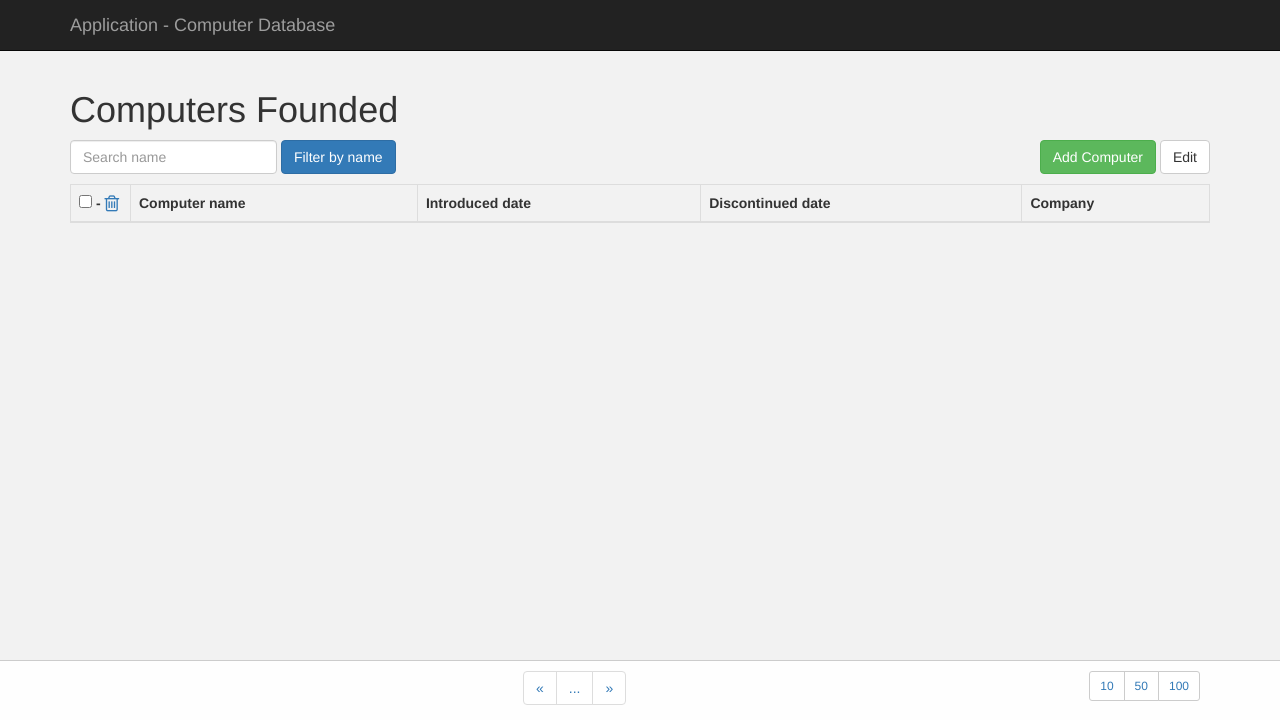
Repository: saadbenda/computer-database
Page: http://localhost/computer-database/WEB-INF/views/dashboard.jsp
An editor plug-in stored every save of this project. The page is shown before and after the next save, followed by the edit.
The browser window is 1280 px wide. The pictures show the whole page.
The page is served by Tomcat 9. Nobody is signed in. The template is opened directly, without the code that normally fills it, so the values that code supplies are empty.

Above is the page before, as saved 2020-06-15 10:17:18.

After the next save:
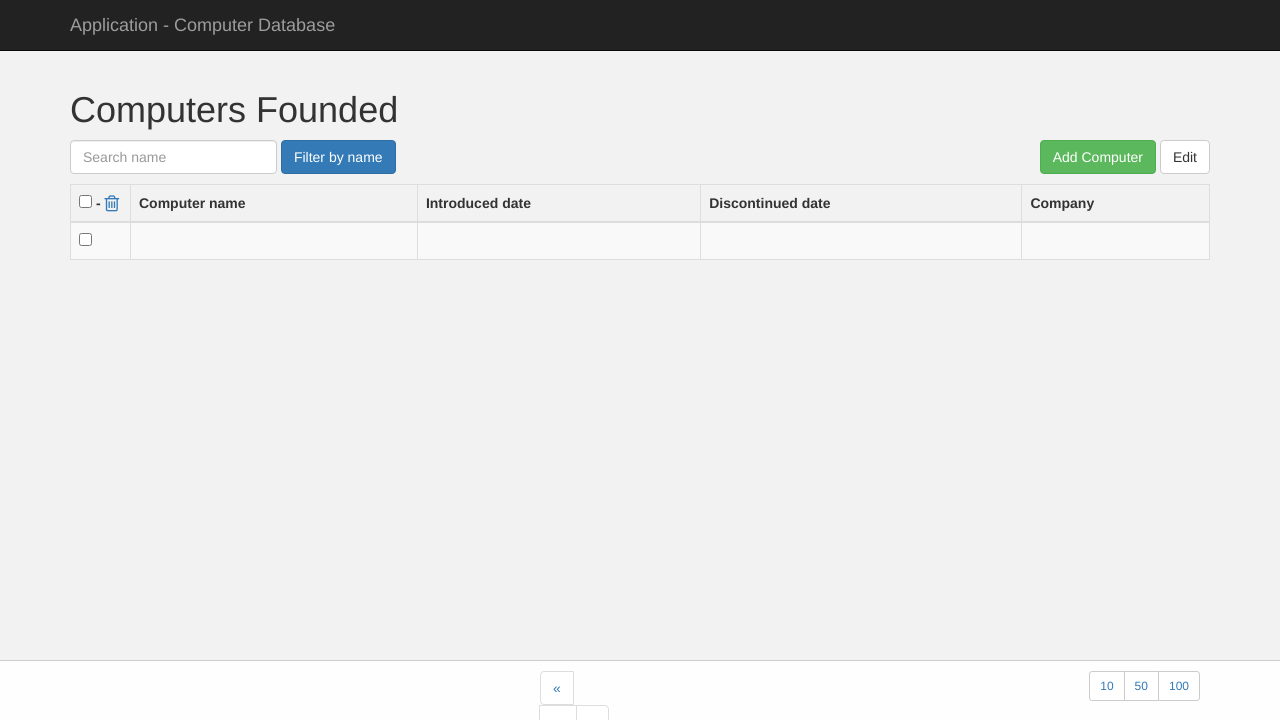
Saved 111 min 56 s later.
--- a/computer-database/src/main/webapp/WEB-INF/views/dashboard.jsp
+++ b/computer-database/src/main/webapp/WEB-INF/views/dashboard.jsp
@@ -1,7 +1,3 @@
-<%@page language="java" contentType="text/html; charset=UTF-8" pageEncoding="UTF-8"%>
-<%@ page isELIgnored="false" %>
-<%@taglib prefix="c"   uri="http://java.sun.com/jsp/jstl/core" %>
-<%@ taglib prefix="fn" uri="http://java.sun.com/jsp/jstl/functions"%>
 <!DOCTYPE html>
 <html>
 <head>
